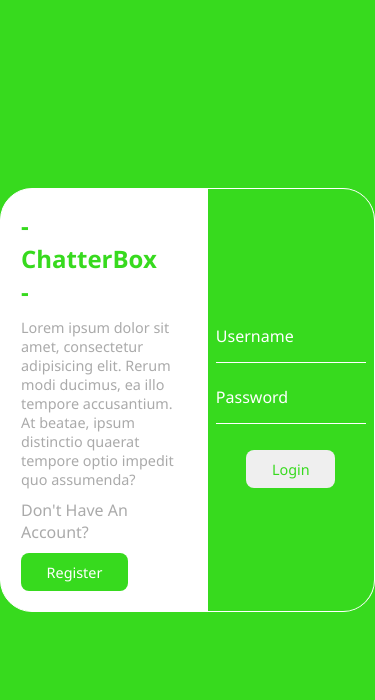
Repository: Habeebur1493/social-media-app
Page: /login
These files come from the project's save history. The page is drawn as it stood at one moment and after the next save; the edit follows.
The browser window is 375 px wide. The pictures show the whole page.
The project was rebuilt for these pictures with package versions that can differ from the ones it lists, and the page was loaded fresh each time. Also part of the build but not shown: vite.config.js, src/pages/signup/signup.css, src/pages/signup/Signup.jsx.

Above is the page before, as saved 2025-01-28 02:17:59.

### src/App.jsx
import './App.css'
import Layout from './Layout/layout'

function App() {

  return (
    <>
      <Layout />

    </>
  )
}

export default App

### src/App.css
*{
  margin: 0;
  padding: 0;
  box-sizing: border-box;
  text-align: none;
  list-style: none;
  font-family: 'Segoe UI', Tahoma, Geneva, Verdana, sans-serif;
}

:root{
  --color-primary:#37da1e;
  --text-color: black;
  --color-bg:rgb(236, 236, 236);
  --color-card: white;
  --color-soft:#aaaaaa;
  --color-border:lightgray;
  --color-red:red;
}

.container{
  max-width: 991px;
  width: 100%;
  margin: 0 auto;
}
h1,h2,h3,h4,h5{
  font-weight: 600;
  color: var(--text-color);
}
img{
  width: 100%;
  display: block;
  object-fit: cover;
}
.user{
  display: flex;
  align-items: center;
  gap: 10px;
}
.user img{
  width: 33px;
  aspect-ratio: 1/1;
  border-radius: 50%;
}
.user h4{
  color: var(--color-primary)
}
body{
  background: var(--color-bg);
  color: var(--color-soft);
}
small,p{
  color: var(--color-soft);
}
.btn{
  padding: .6rem 1.6rem;
  display: inline-block;
  width: fit-content;
  cursor: pointer;
  border-radius: .5rem;
  font-size: .9rem;
  font-weight: 500;
  border: none;
  transition: .3s ease;

}
.btn:hover{
  opacity: .7;
}
.btn-primary{
  background: var(--color-primary);
  color: white;
}

.btn-red{
  background: var(--color-red);
  color: white;
}

### src/Layout/layout.jsx
import React from 'react'

import { createBrowserRouter, RouterProvider } from 'react-router-dom'

//Pages.....
import Login from '../pages/login/Login'
import Signup from '../pages/signup/Signup'

export default function layout() {
    const router = createBrowserRouter([
        {
            path : '/login',
            element : <Login/>
        },
        {
            path : '/signup',
            element : <Signup/>
        },
    ])


    return (
        <>
            <RouterProvider router={router} />
        </>
    )
}

### src/pages/login/Login.jsx
import React from 'react'

import './login.css'
import { Link } from 'react-router-dom'

export default function Login() {
  return (
    <div className="login">
        <div className='card'>
        <div className="left">
            <h2> - <br /> ChatterBox <br /> -</h2>
            <p>Lorem ipsum dolor sit amet, consectetur adipisicing elit. Rerum modi ducimus, ea illo tempore accusantium. At beatae, ipsum distinctio quaerat tempore optio impedit quo assumenda?</p>
            <span>Don't Have An Account?</span>
            <Link to='/signup'>
                <button className='btn btn-primary'>Register</button>
            </Link>

        </div>
        <form className="right">
            <input type="text" required placeholder='username'/>
            <input type="password" required placeholder='password'/>
            <button type='submit' className='btn'>Login</button>
        </form>
    </div>
    </div>


  )
}

### src/pages/login/login.css
.login{
    background: var(--color-primary);
    height: 100vh;
    width: 100%;
    display: flex;
    align-items: center;
    justify-content: center;
}

.login .card{
    display: flex;
    width: 580px;
    background: white;
    border: 1px solid white;
    border-radius: 2rem;
    overflow: hidden;
}

.login .card .left{
    flex: 1;
    display: flex;
    flex-direction: column;
    gap: 10px;
    padding: 20px;
}

.login h2{
    color: var(--color-primary);
}

.login .card .left p{
    font-size: .9rem;
}

.login .card span{
    color: var (--color-primary);
}

.login .card .right{
    flex: 1;
    background: var(--color-primary);
    display: flex;
    align-items: center;
    justify-content: center;
    flex-direction: column;
    gap: 10px;
}

.login form input{
    padding: 1rem 0;
    width: 90%;
    background: transparent;
    border: transparent;
    outline: none;
    border-bottom: 1px solid white ;
    margin: 0 auto;
    color: white;
}

.login form input::placeholder{
    color: white;
    font-size: 1rem;
    text-transform: capitalize;
}
.login form .btn{
 color: var(--color-primary);
 margin-top: 1rem;
}

@media (max-width: 600px) {

}

Loaded but not shown: index.html (common file); src/main.jsx (common file)

After the next save:
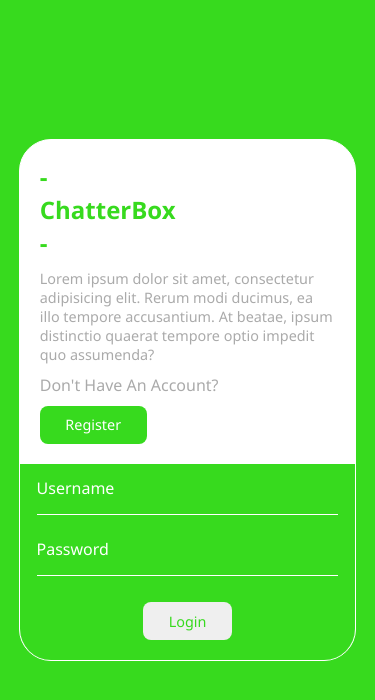
Saved 103 s later.
--- a/src/pages/login/login.css
+++ b/src/pages/login/login.css
@@ -68,5 +68,12 @@
 }
 
 @media (max-width: 600px) {
+    .login .card{
+        width: 90%;
+        flex-direction: column;
 
+    }
+    .login .card .right{
+        padding-bottom: 20px;
 }
+}
